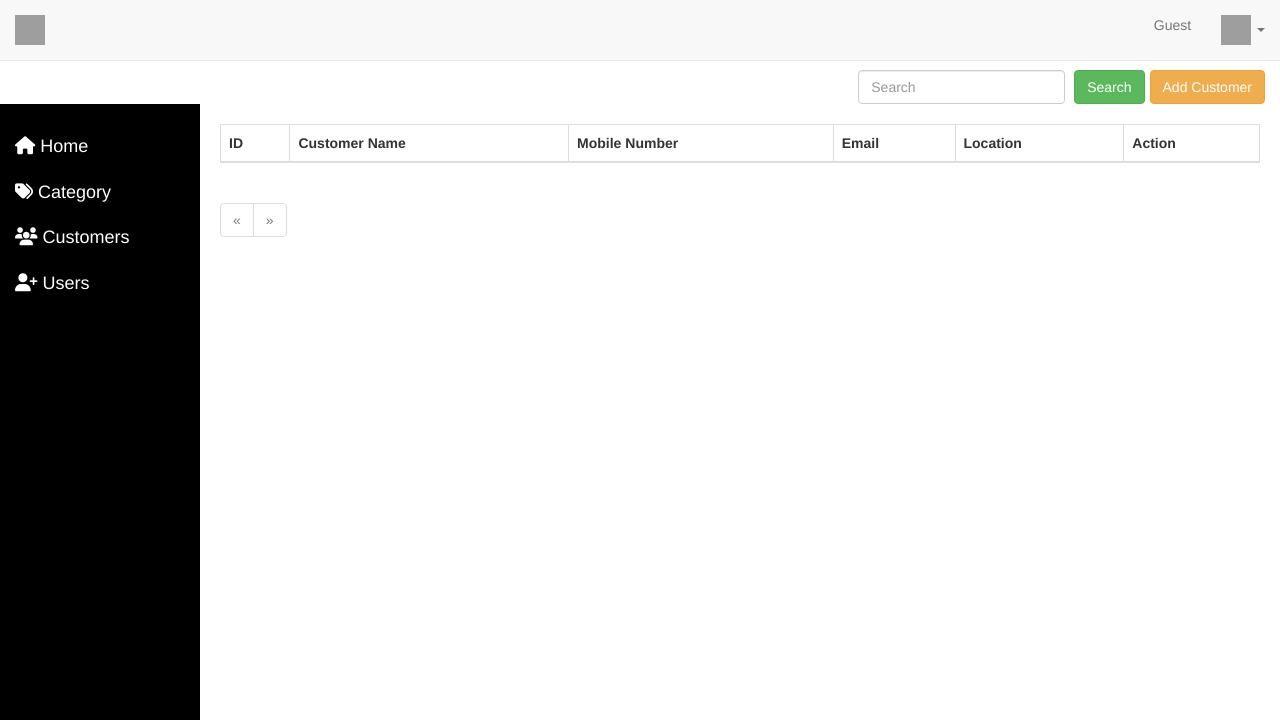
Repository: Nireshkumar24/CRM
Page: http://localhost/adduser
These files come from the project's save history. The page is drawn as it stood at one moment and after the next save; the edit follows.
The browser window is 1280 px wide. The pictures show the whole page.
Pictures or frames that could not be fetched are drawn as grey boxes. The page is served by the project's application, run on Flask 3 (app.py). Queries for data that is not in the repository find no rows.

Above is the page before, as saved 2024-05-23 11:34:25.
Console error: ReferenceError: $ is not defined

After the next save:
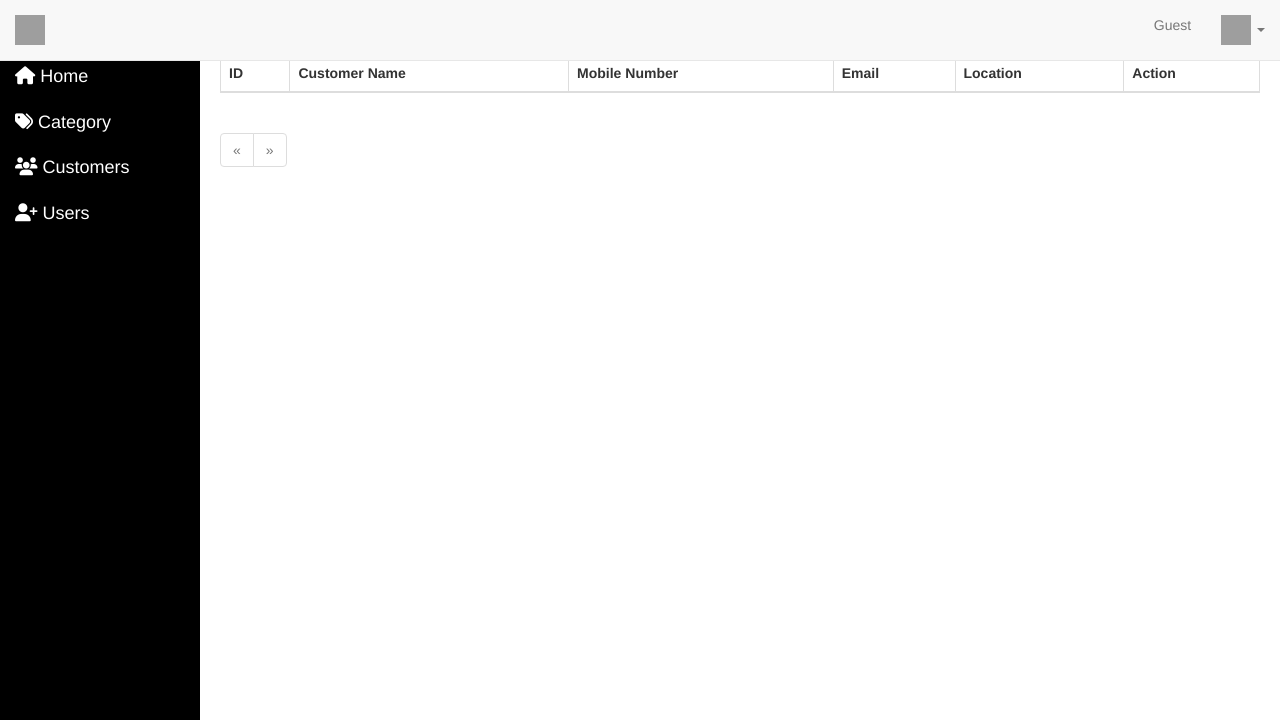
Saved 62 s later.
--- a/templates/adduser.html
+++ b/templates/adduser.html
@@ -163,13 +163,27 @@
             </div>
         </div>
     </nav>
-    <div class="container-fluid" style="padding-top: 70px;">
+    <!-- <div class="container-fluid" style="padding-top: 70px;">
         <div class="row">
             <div class="col-md-12" id="search-and-add">
                 <form class="form-inline text-right" action="/search_user" method="post">
                     <input type="search" class="form-control" placeholder="Search" name="search"
                         style="margin-right: 5px;">
                     <button type="submit" class="btn btn-success" style="margin-right: 5px;">Search</button>
+                    <button type="button" class="btn btn-warning pull-right" data-toggle="modal"
+                        data-target="#addCategoryModal">
+                        Add Customer
+                    </button>
+                </form>
+            </div>
+        </div>
+    </div> -->
+    <div class="container-fluid">
+        <div class="row">
+            <div class="col-md-12" id="search-and-add">
+                <form class="form-inline text-right" action="/search_user" method="post">
+                    <input type="search" class="form-control" placeholder="Search" name="search">
+                    <button type="submit" class="btn btn-success">Search</button>
                     <button type="button" class="btn btn-warning pull-right" data-toggle="modal"
                         data-target="#addCategoryModal">
                         Add Customer

After the 2 saves that followed:
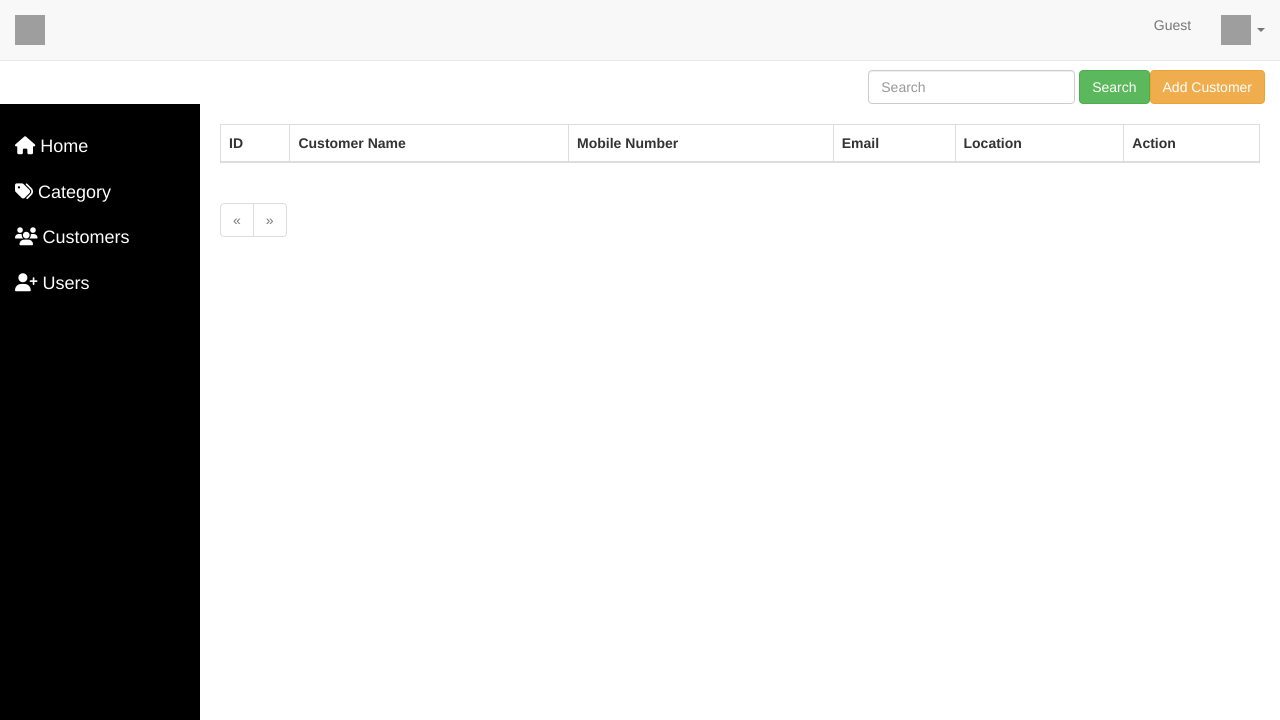
The 2 saves are shown as one change because 1 left the picture as it was.
The last was saved 4 min 41 s later.
--- a/templates/adduser.html
+++ b/templates/adduser.html
@@ -94,28 +94,18 @@
 
 
             @media (max-width: 768px) {
-                .search-container {
+                .form-inline.text-right {
                     display: flex;
                     align-items: center;
                     justify-content: flex-end;
-                    padding-left: 20px;
-                    /* Adjust based on sidebar presence */
-                    padding-right: 20px;
-                    /* Add some padding to the right */
-                    margin-top: 20px;
-                    /* Adjust as needed */
-                    margin-bottom: 20px;
-                    /* Adjust as needed */
                 }
 
-                #searchForm .form-control {
+                .form-inline.text-right .form-control {
                     flex-grow: 1;
-                    /* Allow input to grow and take available space */
                 }
 
-                #searchForm .btn {
+                .form-inline.text-right .btn {
                     margin-left: 10px;
-                    /* Add some space between input and button */
                 }
             }
 
@@ -178,7 +168,7 @@
             </div>
         </div>
     </div> -->
-    <div class="container-fluid">
+    <div class="container-fluid" style="padding-top: 70px;">
         <div class="row">
             <div class="col-md-12" id="search-and-add">
                 <form class="form-inline text-right" action="/search_user" method="post">
